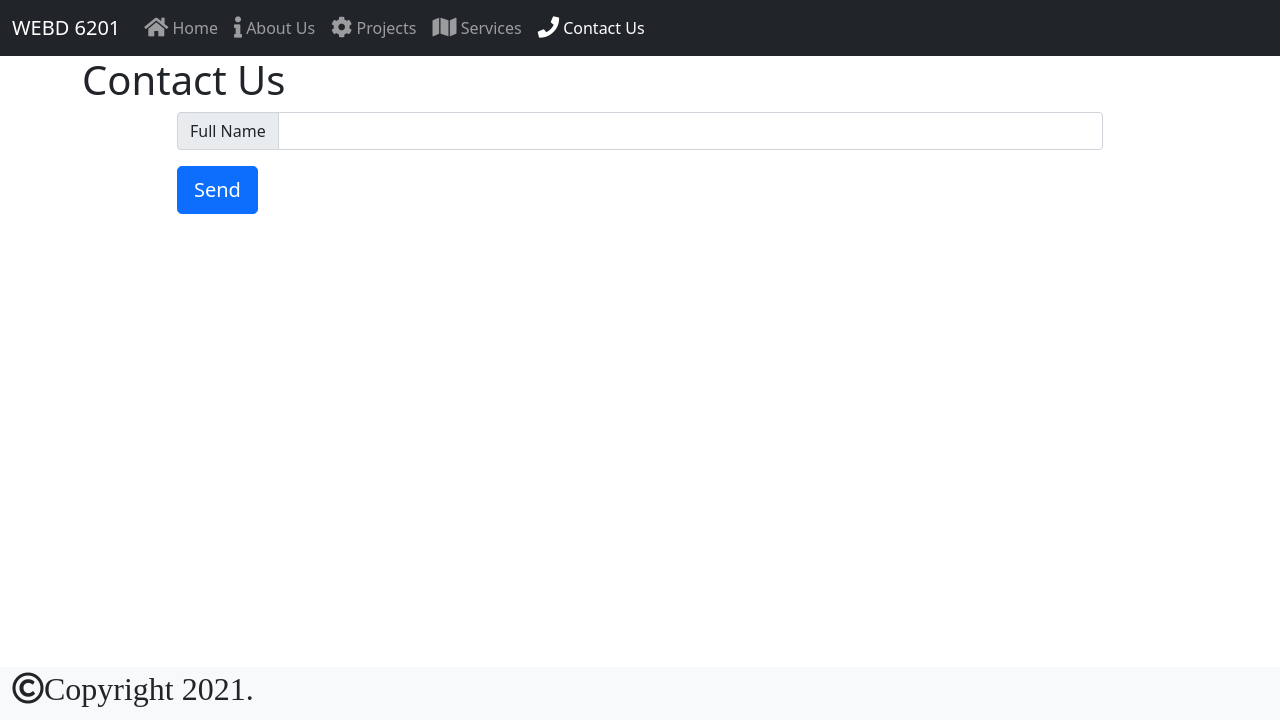
Repository: vans12345678/WEBD6201-W2021-Week3
Page: contact.html
These files come from the project's save history. The page is drawn as it stood at one moment and after a run of saves; the edit follows.
The browser window is 1280 px wide. The pictures show the whole page.

Above is the page before, as saved 2021-01-21 09:29:14.

After the next 2 saves:
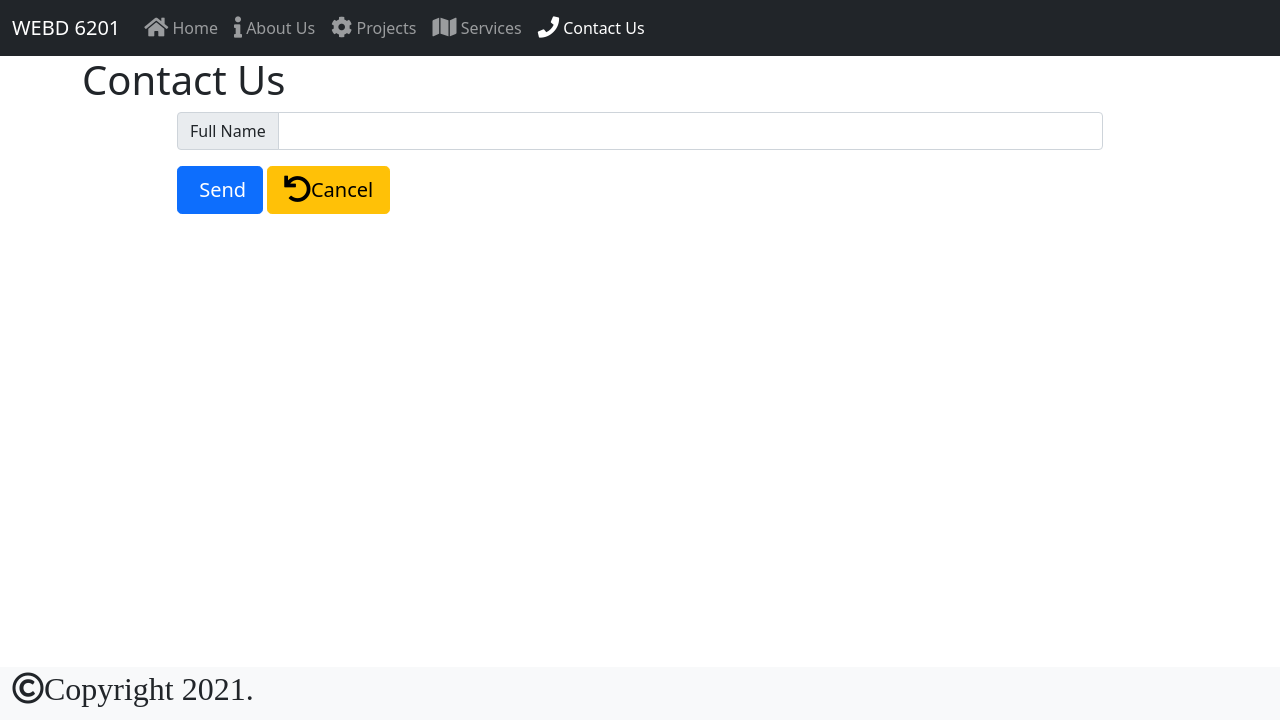
The 2 saves are shown as one change because they came seconds apart.
The last was saved 98 s later.
--- a/contact.html
+++ b/contact.html
@@ -57,7 +57,8 @@
               <input id = "fullName" type="text" class="form-control" aria-label="Full Name" aria-describedby="Full Name Input"
               name = "fullName" required>
             </div>
-          <button type="submit" class="btn btn-primary btn-lg">Send</button>
+          <button type="submit" class="btn btn-primary btn-lg"><i class="fas fa-envelop fa-lg"></i> Send</button>
+          <button type="submit" class="btn btn-warning btn-lg"><i class="fas fa-undo fa-lg"></i>Cancel</button>
         </form>
         </div>
 
